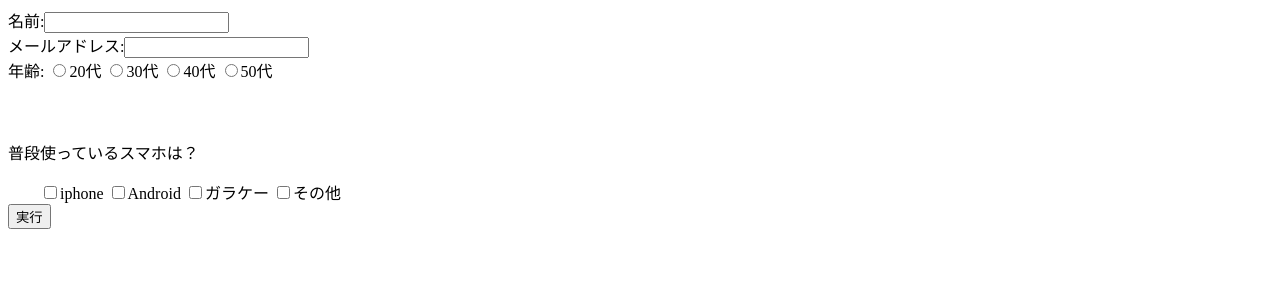
Repository: takahiro-djk/Samurai_JS
Page: samurai_js/index.html
The author's editor kept a record of every edit. The page is drawn from the files as they stood at one moment, then again after the next edit.
The browser window is 1280 px wide. The pictures show the whole page.

Above is the page before.

After the next edit:
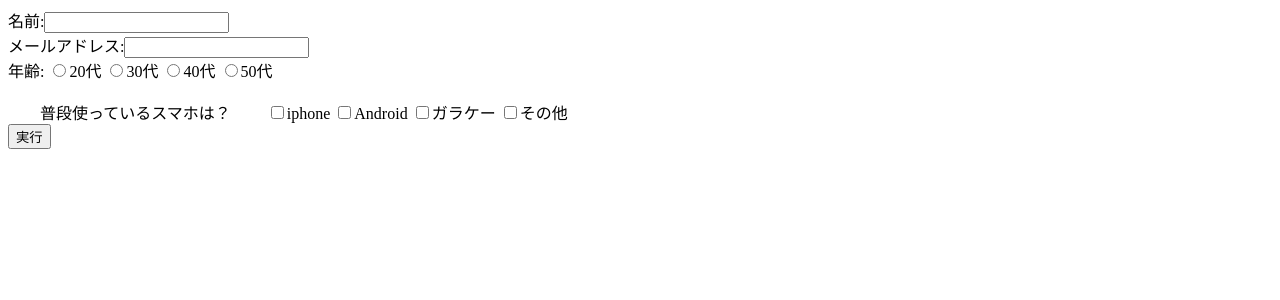
The edit:
--- a/samurai_js/index.html
+++ b/samurai_js/index.html
@@ -26,7 +26,7 @@
 
           <br><br>
 
-      　　<p>普段使っているスマホは？</p>
+      　　<label>普段使っているスマホは？</label>
       　　<input type="checkbox" name="os" value="iphone" />iphone
           <input type="checkbox" name="os" value="Android" />Android
           <input type="checkbox" name="os" value="ガラケー" />ガラケー
